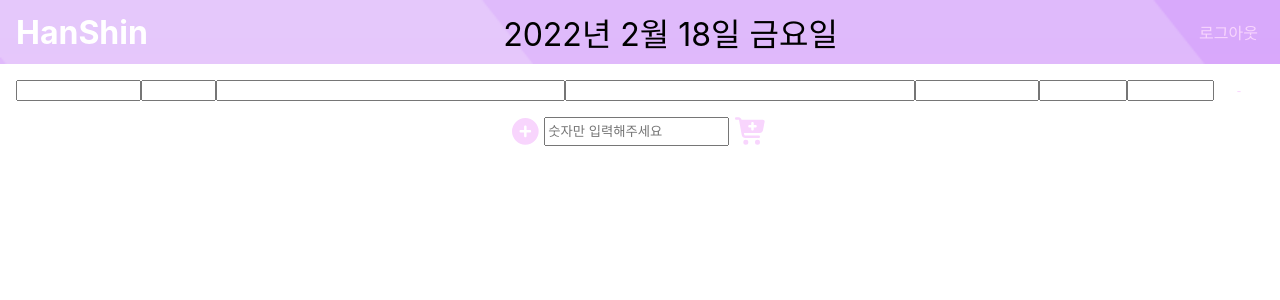
Repository: SeungYn/hanshinClient
Page: /add
These files come from the project's save history. The page is drawn as it stood at one moment and after the next save; the edit follows.
The browser window is 1280 px wide. The pictures show the whole page.
The project was rebuilt for these pictures with package versions that can differ from the ones it lists, and the page was loaded fresh each time. Also part of the build but not shown: src/App.css, src/components/item/item.jsx, src/components/package/package.module.css, src/components/package/package.jsx.

Above is the page before, as saved 2022-02-20 03:19:13.

After the next save:
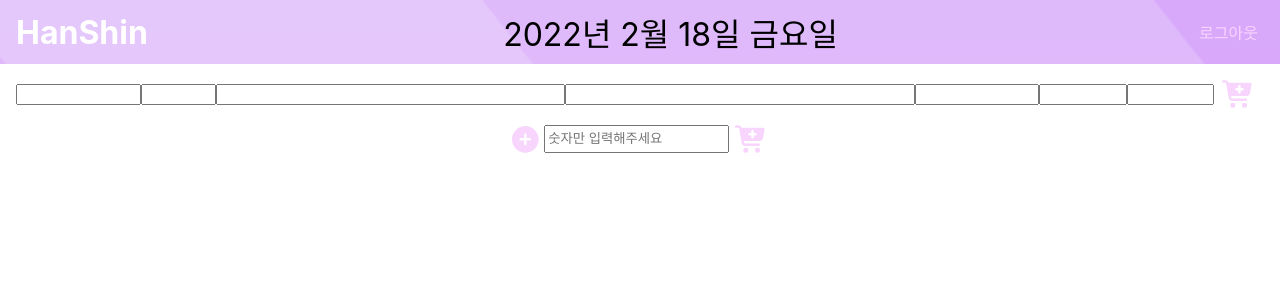
Saved 20 s later.
--- a/src/addboxs/addBoxs.jsx
+++ b/src/addboxs/addBoxs.jsx
@@ -169,7 +169,7 @@ const AddBoxs = (props) => {
                 value={box.name}
               />
               <button type='button' onClick={(event) => onRemove(event, index)}>
-                -
+                <FontAwesomeIcon icon={faCartPlus} size='2x' />
               </button>
             </div>
           );
